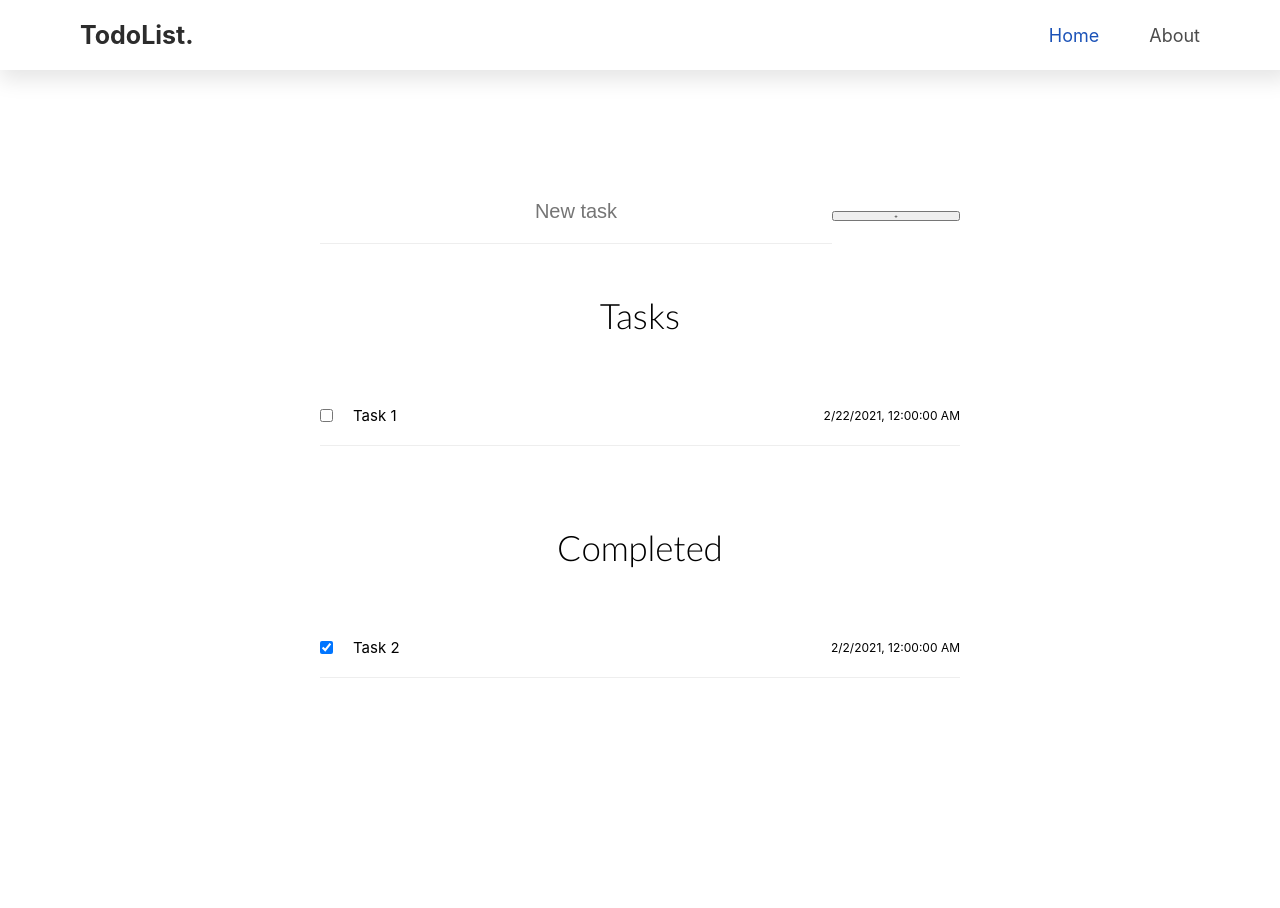
Repository: dqhuy153/react-todoList
Page: /
These files come from the project's save history. The page is drawn as it stood at one moment and after the next save; the edit follows.
The browser window is 1280 px wide. The pictures show the whole page.
The project was rebuilt for these pictures with package versions that can differ from the ones it lists, and the page was loaded fresh each time. Also part of the build but not shown: src/components/UI/LoadingSpinner.module.scss.

Above is the page before, as saved 2021-09-16 22:01:51.

After the next save:
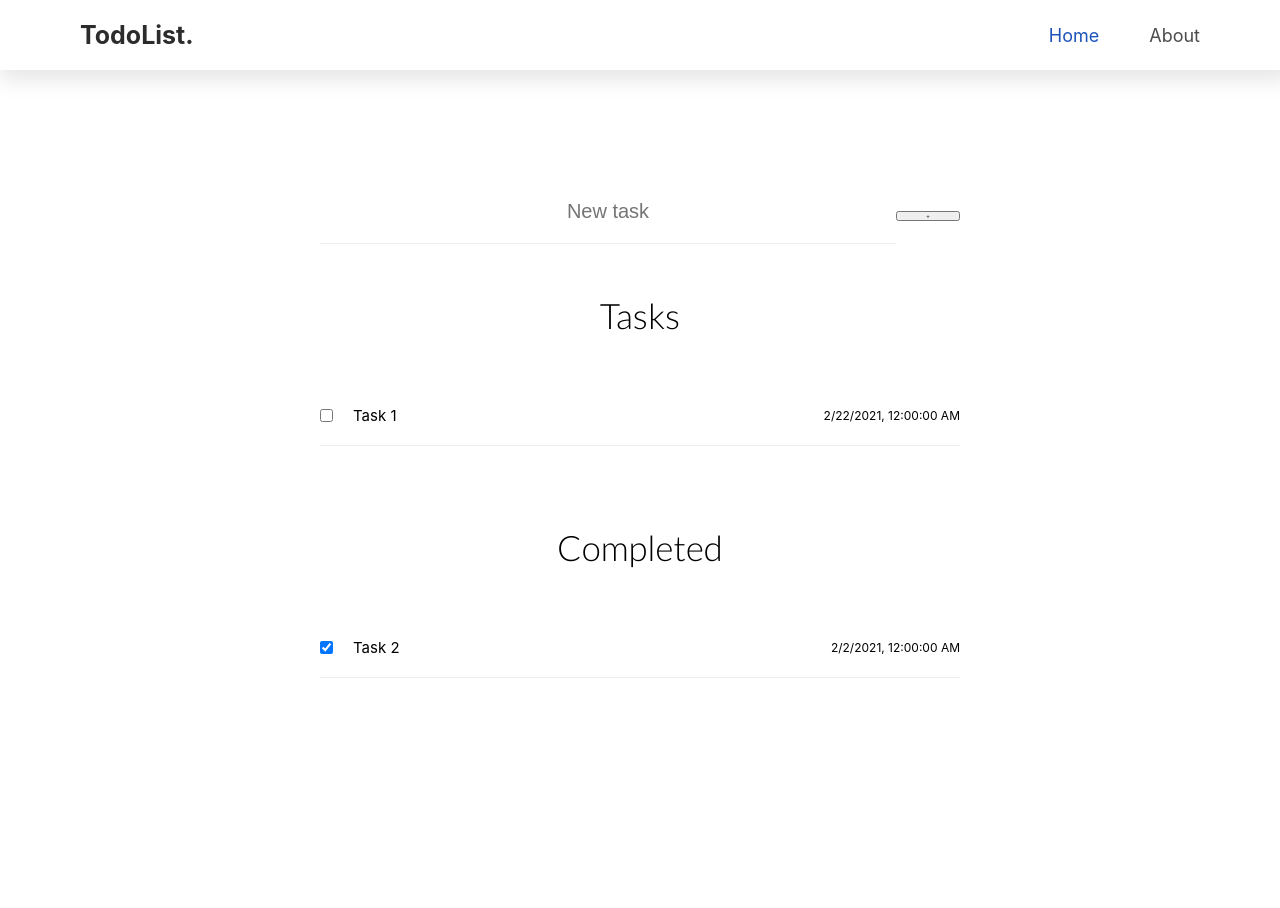
Saved 8 s later.
--- a/src/components/pages/Home.module.scss
+++ b/src/components/pages/Home.module.scss
@@ -20,14 +20,14 @@
       border: none;
       border-bottom: 1px solid #eee;
       font-size: 2rem;
-      width: 40%;
+      width: 45%;
       padding: 2rem;
       text-align: center;
       outline: none;
     }
 
     button {
-      width: 10%;
+      width: 5%;
     }
   }
 }
